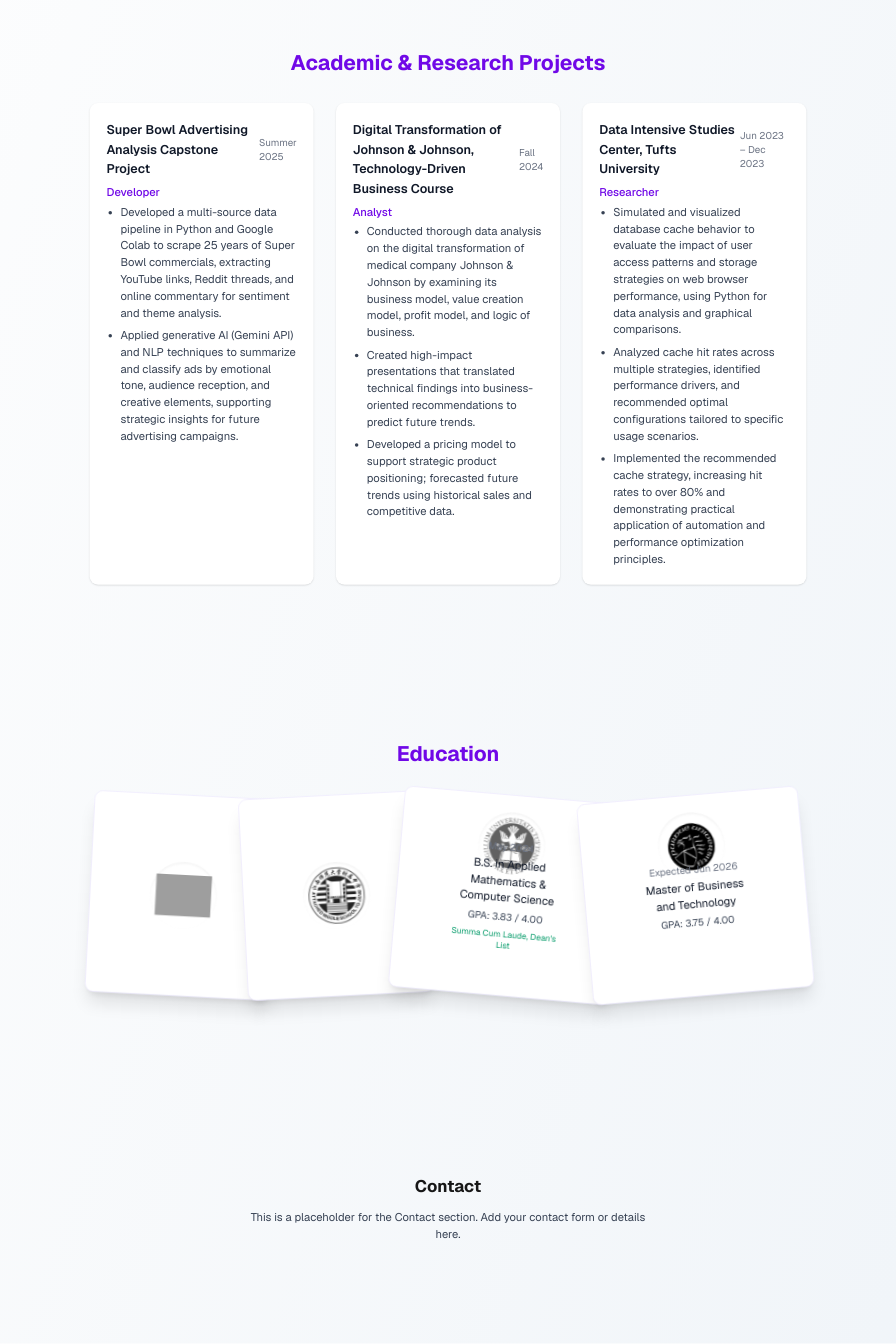
Repository: winniewyl/personal-portfolio
Page: /
These files come from the project's save history. The page is drawn as it stood at one moment and after the next save; the edit follows.
The browser window is 1280 px wide. The pictures show the part of the page from y = 1865 to 3785 px (the page is 3785 px tall), at 70% of full size.
Pictures or frames that could not be fetched are drawn as grey boxes. The project was rebuilt for these pictures with package versions that can differ from the ones it lists, and the page was loaded fresh each time. The framework's server and built-in components were replaced by stand-ins that run in the browser. Also part of the build but not shown: next.config.ts.

Above is the page before, as saved 2025-07-29 13:32:16.

### src/app/page.tsx
import Hero from '../components/Hero';
import About from '../components/About';
import Projects from '../components/Projects';
import Contact from '../components/Contact';

const experienceData = [
  {
    org: 'Data Intensive Studies Center, Tufts University',
    title: 'Data Analyst Intern & Co-Author',
    date: 'Jun 2023 – Dec 2023',
    highlights: [
      'Developed a custom Drupal-based content management site to present visualizations and insights from research on AI/ML ethics, integrating cross-functional feedback and automation techniques to enhance visibility.',
      'Co-led the development of an open-source AI Ethics tool using GitBook, contributing to interface design, stakeholder engagement, and survey analysis in the context of autonomous vehicle applications.',
      'Co-authored The Third Moment of AI Ethics, published on arXiv: https://arxiv.org/abs/2501.16954.',
    ],
  },
];

const projectData = [
  {
    title: 'Super Bowl Advertising Analysis Capstone Project',
    role: 'Developer',
    date: 'Summer 2025',
    highlights: [
      'Developed a multi-source data pipeline in Python and Google Colab to scrape 25 years of Super Bowl commercials, extracting YouTube links, Reddit threads, and online commentary for sentiment and theme analysis.',
      'Applied generative AI (Gemini API) and NLP techniques to summarize and classify ads by emotional tone, audience reception, and creative elements, supporting strategic insights for future advertising campaigns.',
    ],
  },
  {
    title:
      'Digital Transformation of Johnson & Johnson, Technology-Driven Business Course',
    role: 'Analyst',
    date: 'Fall 2024',
    highlights: [
      'Conducted thorough data analysis on the digital transformation of medical company Johnson & Johnson by examining its business model, value creation model, profit model, and logic of business.',
      'Created high-impact presentations that translated technical findings into business-oriented recommendations to predict future trends.',
      'Developed a pricing model to support strategic product positioning; forecasted future trends using historical sales and competitive data.',
    ],
  },
  {
    title: 'Data Intensive Studies Center, Tufts University',
    role: 'Researcher',
    date: 'Jun 2023 – Dec 2023',
    highlights: [
      'Simulated and visualized database cache behavior to evaluate the impact of user access patterns and storage strategies on web browser performance, using Python for data analysis and graphical comparisons.',
      'Analyzed cache hit rates across multiple strategies, identified performance drivers, and recommended optimal configurations tailored to specific usage scenarios.',
      'Implemented the recommended cache strategy, increasing hit rates to over 80% and demonstrating practical application of automation and performance optimization principles.',
    ],
  },
];

export default function Home() {
  return (
    <div className="font-sans min-h-screen flex flex-col bg-gradient-to-br from-white via-slate-50 to-slate-100 dark:from-[#18181c] dark:via-[#1a1a22] dark:to-[#101014]">
      {/* Navbar */}
      <nav className="w-full flex items-center justify-between py-6 px-8 border-b border-gray-100 dark:border-gray-800 bg-white/80 dark:bg-[#101010]/80 backdrop-blur z-10 sticky top-0">
        <div className="text-2xl font-extrabold text-violet-600 tracking-tight">
          WW
        </div>
        <ul className="flex gap-8 text-base font-medium text-gray-900 dark:text-white">
          <li>
            <a
              href="#about"
              className="hover:text-violet-600 transition-colors"
            >
              About
            </a>
          </li>
          <li>
            <a
              href="#experience"
              className="hover:text-violet-600 transition-colors"
            >
              Experience
            </a>
          </li>
          <li>
            <a
              href="#projects"
              className="hover:text-violet-600 transition-colors"
            >
              Projects
            </a>
          </li>
          <li>
            <a
              href="#education"
              className="hover:text-violet-600 transition-colors"
            >
              Education
            </a>
          </li>
          <li>
            <a
              href="#contact"
              className="hover:text-violet-600 transition-colors"
            >
              Contact
            </a>
          </li>
        </ul>
      </nav>
      {/* Main Content */}
      <main className="flex-1 w-full flex flex-col items-center px-4 sm:px-0">
        <section className="w-full flex flex-col items-center justify-center py-20 sm:py-28 bg-transparent">
          <Hero name="Winnie Wang" role="AI Product Analyst" />
        </section>
        <section
          id="about"
          className="w-full flex flex-col items-center py-20 sm:py-28 max-w-5xl mx-auto scroll-mt-24"
        >
          <About />
        </section>
        {/* Experience Section */}
        <section
          id="experience"
          className="w-full flex flex-col items-center py-20 sm:py-28 max-w-5xl mx-auto scroll-mt-24"
        >
          <h2 className="text-3xl font-bold mb-10 text-violet-700 dark:text-violet-400">
            Internship & Professional Experience
          </h2>
          <ol className="relative border-l-2 border-violet-200 dark:border-violet-700">
            {experienceData.map((exp, idx) => (
              <li key={exp.title} className="mb-12 ml-6">
                <span className="absolute flex items-center justify-center w-8 h-8 bg-violet-100 rounded-full -left-4 ring-4 ring-white dark:ring-[#18181c]">
                  <svg
                    className="w-5 h-5 text-violet-600"
                    fill="currentColor"
                    viewBox="0 0 20 20"
                  >
                    <path d="M10 2a8 8 0 100 16 8 8 0 000-16zm1 11H9v-2h2v2zm0-4H9V7h2v2z" />
                  </svg>
                </span>
                <div className="bg-white dark:bg-[#232336] rounded-xl shadow p-6">
                  <div className="flex flex-col sm:flex-row sm:items-center sm:justify-between mb-2">
                    <span className="font-semibold text-lg text-gray-900 dark:text-white">
                      {exp.title}
                    </span>
                    <span className="text-sm text-gray-500 dark:text-gray-400">
                      {exp.date}
                    </span>
                  </div>
                  <div className="text-md font-medium text-violet-700 dark:text-violet-300 mb-1">
                    {exp.org}
                  </div>
                  <ul className="list-disc pl-5 space-y-2 text-gray-700 dark:text-gray-300">
                    {exp.highlights.map((h, i) => (
                      <li key={i}>{h}</li>
                    ))}
                  </ul>
                </div>
              </li>
            ))}
          </ol>
        </section>
        {/* Projects Section */}
        <section
          id="projects"
          className="w-full flex flex-col items-center py-20 sm:py-28 max-w-5xl mx-auto scroll-mt-24"
        >
          <h2 className="text-3xl font-bold mb-10 text-violet-700 dark:text-violet-400">
            Academic & Research Projects
          </h2>
          <div className="grid grid-cols-1 md:grid-cols-3 gap-8 w-full">
            {projectData.map((proj, idx) => (
              <div
                key={proj.title}
                className="bg-white dark:bg-[#232336] rounded-xl shadow p-6 flex flex-col"
              >
                <div className="flex flex-col sm:flex-row sm:items-center sm:justify-between mb-2">
                  <span className="font-semibold text-lg text-gray-900 dark:text-white">
                    {proj.title}
                  </span>
                  <span className="text-sm text-gray-500 dark:text-gray-400">
                    {proj.date}
                  </span>
                </div>
                <div className="text-md font-medium text-violet-700 dark:text-violet-300 mb-1">
                  {proj.role}
                </div>
                <ul className="list-disc pl-5 space-y-2 text-gray-700 dark:text-gray-300">
                  {proj.highlights.map((h, i) => (
                    <li key={i}>{h}</li>
                  ))}
                </ul>
              </div>
            ))}
          </div>
        </section>
        <section
          id="education"
          className="w-full flex flex-col items-center py-20 sm:py-28 max-w-5xl mx-auto scroll-mt-24"
        >
          <h2 className="text-3xl font-bold mb-10 text-violet-700 dark:text-violet-400">
            Education
          </h2>
          <div className="relative w-full flex flex-col md:flex-row items-center justify-center">
            {/* Timeline SVG Connector */}
            <svg
              className="hidden md:block absolute left-0 right-0 top-1/2 -translate-y-1/2 z-0"
              height="120"
              width="100%"
              viewBox="0 0 1000 120"
              fill="none"
              preserveAspectRatio="none"
            >
              <path
                d="M 80 60 Q 180 10, 280 60 T 480 60 T 680 60 T 880 60"
                stroke="#a78bfa"
                strokeWidth="4"
                fill="none"
              />
              <circle cx="80" cy="60" r="8" fill="#a78bfa" />
              <circle cx="280" cy="60" r="8" fill="#a78bfa" />
              <circle cx="480" cy="60" r="8" fill="#a78bfa" />
              <circle cx="680" cy="60" r="8" fill="#a78bfa" />
            </svg>
            {/* Education Cards */}
            <div className="flex flex-col md:flex-row items-center justify-center w-full gap-0 z-10">
              {/* Middle School */}
              <div className="group flex-1 w-72 h-72 relative -mr-12 transform rotate-3 hover:rotate-0 transition-all duration-300 perspective-1000">
                {/* Front Side - Logo */}
                <div className="absolute inset-0 bg-white dark:bg-[#232336] rounded-xl shadow-xl p-6 border border-violet-100 dark:border-violet-700 text-center flex flex-col items-center justify-center backface-hidden group-hover:rotate-y-180 transition-transform duration-500">
                  <div className="w-24 h-24 flex items-center justify-center rounded-full bg-white/30 backdrop-blur-md shadow-inner">
                    <img
                      src="/yu-hua-logo.png"
                      alt="江西育华学校 logo"
                      className="w-20 h-20 object-contain filter grayscale"
                      style={{ mixBlendMode: 'multiply' }}
                    />
                  </div>
                </div>
                {/* Back Side - Description */}
                <div className="absolute inset-0 bg-white dark:bg-[#232336] rounded-xl shadow-xl p-6 border border-violet-100 dark:border-violet-700 text-center flex flex-col items-center justify-center backface-hidden rotate-y-180 group-hover:rotate-y-0 transition-transform duration-500">
                  <div className="flex flex-col items-center space-y-2">
                    <span className="font-bold text-lg text-violet-700">
                      江西育华学校
                    </span>
                    <span className="text-sm text-gray-700 dark:text-gray-300">
                      2014–2017
                    </span>
                    <span className="text-xs text-gray-500 dark:text-gray-400">
                      Middle School
                    </span>
                  </div>
                </div>
              </div>
              {/* High School */}
              <div className="group flex-1 w-72 h-72 relative -mr-12 transform -rotate-3 hover:rotate-0 transition-all duration-300 perspective-1000">
                {/* Front Side - Logo */}
                <div className="absolute inset-0 bg-white dark:bg-[#232336] rounded-xl shadow-xl p-6 border border-violet-100 dark:border-violet-700 text-center flex flex-col items-center justify-center backface-hidden group-hover:rotate-y-180 transition-transform duration-500">
                  <div className="w-24 h-24 flex items-center justify-center rounded-full bg-white/30 backdrop-blur-md shadow-inner">
                    <img
                      src="/JXSDFZ-logo.png"
                      alt="江西师大附中国际部 logo"
                      className="w-20 h-20 object-contain filter grayscale"
                      style={{ mixBlendMode: 'multiply' }}
                    />
                  </div>
                </div>
                {/* Back Side - Description */}
                <div className="absolute inset-0 bg-white dark:bg-[#232336] rounded-xl shadow-xl p-6 border border-violet-100 dark:border-violet-700 text-center flex flex-col items-center justify-center backface-hidden rotate-y-180 group-hover:rotate-y-0 transition-transform duration-500">
                  <div className="flex flex-col items-center space-y-2">
                    <span className="font-bold text-lg text-violet-700">
                      江西师大附中国际部
                    </span>
                    <span className="text-sm text-gray-700 dark:text-gray-300">
                      High School Diploma
                    </span>
                    <span className="text-sm text-gray-700 dark:text-gray-300">
                      2017–2020
                    </span>
                  </div>
                </div>
              </div>
              {/* Tufts University */}
              <div className="flex flex-col items-center flex-1 w-72 h-72 bg-white dark:bg-[#232336] rounded-xl shadow-xl p-6 border border-violet-100 dark:border-violet-700 text-center relative -mr-12 transform rotate-5 hover:rotate-0 hover:scale-105 transition-all duration-300">
                <div className="w-24 h-24 flex items-center justify-center rounded-full bg-white/30 backdrop-blur-md shadow-inner">
                  <img
                    src="/tufts-logo.png"
                    alt="Tufts University logo"
                    className="w-20 h-20 object-contain filter grayscale"
                    style={{ mixBlendMode: 'multiply' }}
                  />
                </div>
                <div className="absolute top-1/2 left-1/2 transform -translate-x-1/2 -translate-y-1/2 flex flex-col items-center space-y-1">
                  <span className="text-sm text-gray-500 dark:text-gray-400">
                    May 2024
                  </span>
                  <span className="text-gray-900 dark:text-white">
                    B.S. in Applied Mathematics & Computer Science
                  </span>
                  <span className="text-sm text-gray-700 dark:text-gray-300">
                    GPA: 3.83 / 4.00
                  </span>
                  <span className="text-xs text-emerald-600 mt-1">
                    Summa Cum Laude, Dean's List
                  </span>
                </div>
              </div>
              {/* Purdue University */}
              <div className="flex flex-col items-center flex-1 w-72 h-72 bg-white dark:bg-[#232336] rounded-xl shadow-xl p-6 border border-violet-100 dark:border-violet-700 text-center relative transform -rotate-5 hover:rotate-0 hover:scale-105 transition-all duration-300">
                <div className="w-24 h-24 flex items-center justify-center rounded-full bg-white/30 backdrop-blur-md shadow-inner">
                  <img
                    src="/purdue-logo.png"
                    alt="Purdue University logo"
                    className="w-20 h-20 object-contain filter grayscale"
                    style={{ mixBlendMode: 'multiply' }}
                  />
                </div>
                <div className="absolute top-1/2 left-1/2 transform -translate-x-1/2 -translate-y-1/2 flex flex-col items-center space-y-1">
                  <span className="text-sm text-gray-500 dark:text-gray-400">
                    Expected Jun 2026
                  </span>
                  <span className="text-gray-900 dark:text-white">
                    Master of Business and Technology
                  </span>
                  <span className="text-sm text-gray-700 dark:text-gray-300">
                    GPA: 3.75 / 4.00
                  </span>
                </div>
              </div>
            </div>
          </div>
        </section>
        <section
          id="contact"
          className="w-full flex flex-col items-center py-20 sm:py-28 max-w-5xl mx-auto scroll-mt-24"
        >
          <Contact />
        </section>
      </main>
    </div>
  );
}

### src/components/Hero.tsx
import React from 'react';

interface HeroProps {
  name: string;
  role: string;
}

const Hero: React.FC<HeroProps> = ({ name, role }) => (
  <section className="flex flex-col items-center justify-center gap-4 py-8 w-full">
    <h1 className="text-4xl sm:text-5xl font-bold text-center">{name}</h1>
    <h2 className="text-xl sm:text-2xl font-medium text-center text-gray-600 dark:text-gray-300">
      {role}
    </h2>
  </section>
);

export default Hero;

### src/components/Contact.tsx
import React from 'react';

const Contact: React.FC = () => (
  <section className="py-8 w-full flex flex-col items-center">
    <h2 className="text-2xl font-bold mb-4">Contact</h2>
    <p className="max-w-xl text-center text-gray-700 dark:text-gray-300">
      This is a placeholder for the Contact section. Add your contact form or
      details here.
    </p>
  </section>
);

export default Contact;

Loaded but not shown: src/app/layout.tsx (common file); src/app/globals.css (common file); src/components/About.tsx (119 lines, source omitted)

After the next save:
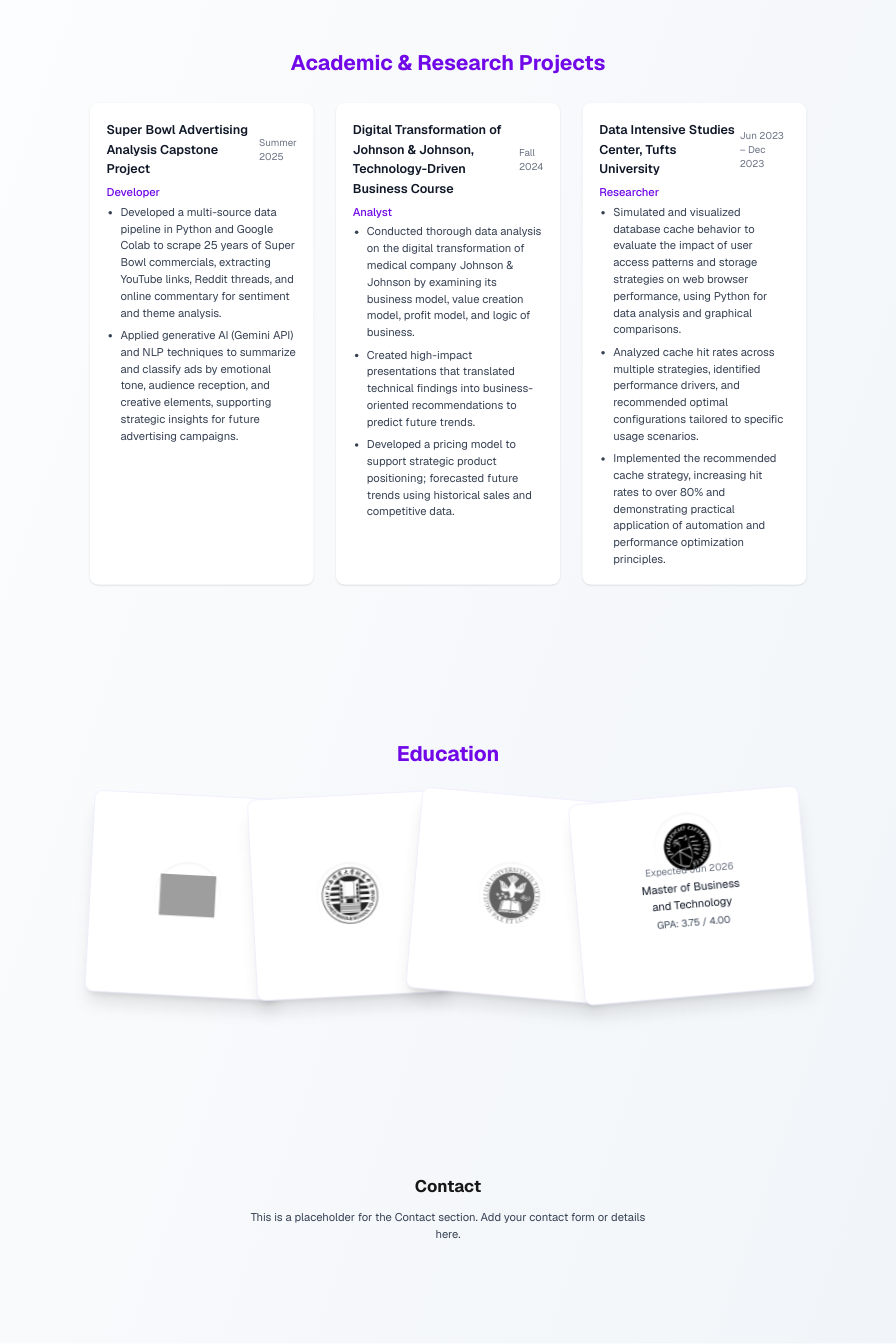
Saved 13 s later.
--- a/src/app/page.tsx
+++ b/src/app/page.tsx
@@ -274,28 +274,37 @@
                 </div>
               </div>
               {/* Tufts University */}
-              <div className="flex flex-col items-center flex-1 w-72 h-72 bg-white dark:bg-[#232336] rounded-xl shadow-xl p-6 border border-violet-100 dark:border-violet-700 text-center relative -mr-12 transform rotate-5 hover:rotate-0 hover:scale-105 transition-all duration-300">
-                <div className="w-24 h-24 flex items-center justify-center rounded-full bg-white/30 backdrop-blur-md shadow-inner">
-                  <img
-                    src="/tufts-logo.png"
-                    alt="Tufts University logo"
-                    className="w-20 h-20 object-contain filter grayscale"
-                    style={{ mixBlendMode: 'multiply' }}
-                  />
-                </div>
-                <div className="absolute top-1/2 left-1/2 transform -translate-x-1/2 -translate-y-1/2 flex flex-col items-center space-y-1">
-                  <span className="text-sm text-gray-500 dark:text-gray-400">
-                    May 2024
-                  </span>
-                  <span className="text-gray-900 dark:text-white">
-                    B.S. in Applied Mathematics & Computer Science
-                  </span>
-                  <span className="text-sm text-gray-700 dark:text-gray-300">
-                    GPA: 3.83 / 4.00
-                  </span>
-                  <span className="text-xs text-emerald-600 mt-1">
-                    Summa Cum Laude, Dean's List
-                  </span>
+              <div className="group flex-1 w-72 h-72 relative -mr-12 transform rotate-5 hover:rotate-0 transition-all duration-300 perspective-1000">
+                {/* Front Side - Logo */}
+                <div className="absolute inset-0 bg-white dark:bg-[#232336] rounded-xl shadow-xl p-6 border border-violet-100 dark:border-violet-700 text-center flex flex-col items-center justify-center backface-hidden group-hover:rotate-y-180 transition-transform duration-500">
+                  <div className="w-24 h-24 flex items-center justify-center rounded-full bg-white/30 backdrop-blur-md shadow-inner">
+                    <img
+                      src="/tufts-logo.png"
+                      alt="Tufts University logo"
+                      className="w-20 h-20 object-contain filter grayscale"
+                      style={{ mixBlendMode: 'multiply' }}
+                    />
+                  </div>
+                </div>
+                {/* Back Side - Description */}
+                <div className="absolute inset-0 bg-white dark:bg-[#232336] rounded-xl shadow-xl p-6 border border-violet-100 dark:border-violet-700 text-center flex flex-col items-center justify-center backface-hidden rotate-y-180 group-hover:rotate-y-0 transition-transform duration-500">
+                  <div className="flex flex-col items-center space-y-2">
+                    <span className="font-bold text-lg text-violet-700">
+                      Tufts University
+                    </span>
+                    <span className="text-sm text-gray-500 dark:text-gray-400">
+                      May 2024
+                    </span>
+                    <span className="text-gray-900 dark:text-white">
+                      B.S. in Applied Mathematics & Computer Science
+                    </span>
+                    <span className="text-sm text-gray-700 dark:text-gray-300">
+                      GPA: 3.83 / 4.00
+                    </span>
+                    <span className="text-xs text-emerald-600">
+                      Summa Cum Laude, Dean's List
+                    </span>
+                  </div>
                 </div>
               </div>
               {/* Purdue University */}
